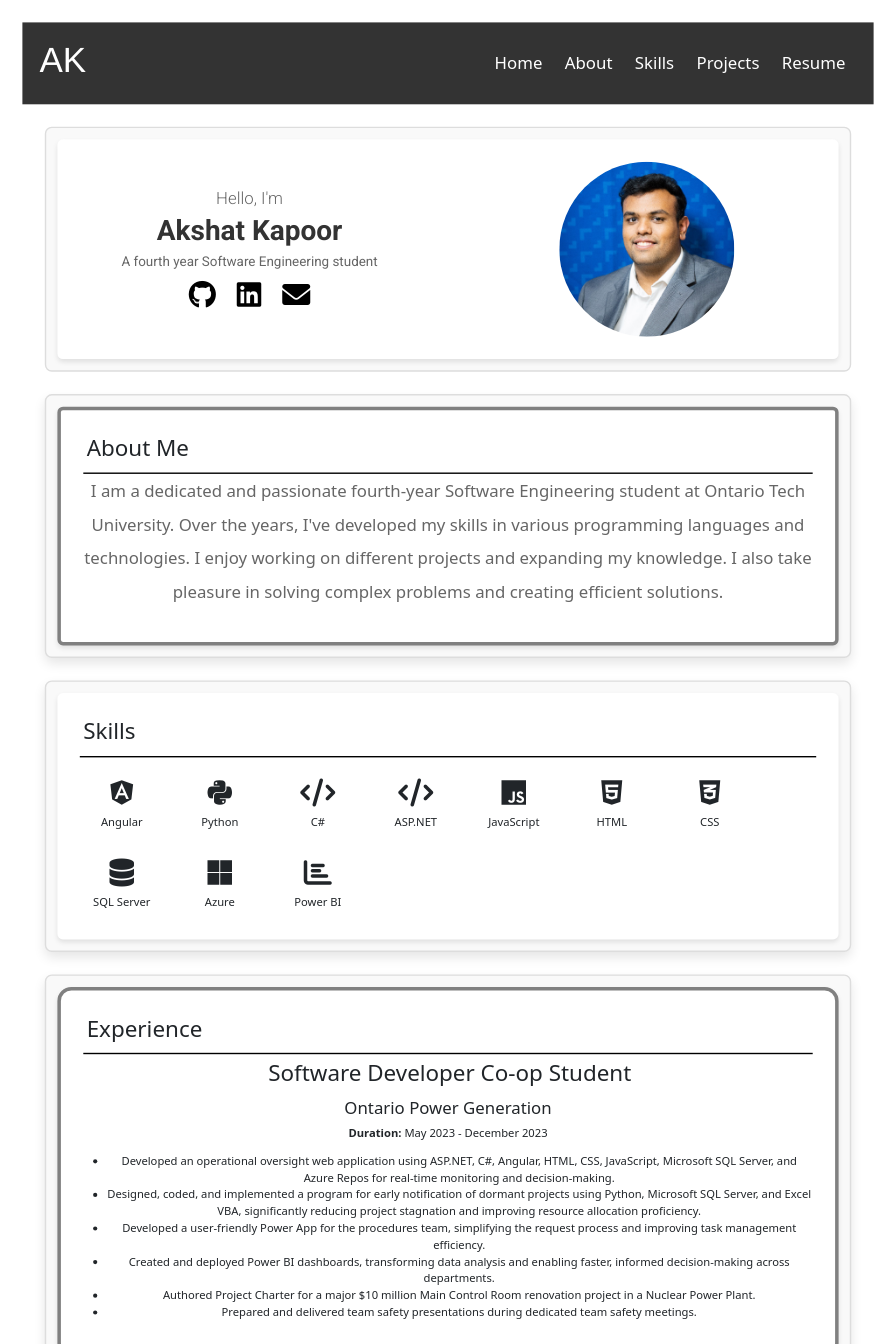
Repository: AkshatKapo/My-Portfolio
Page: /
The author's editor kept a copy of each file at every save. The page is drawn from the files as they stood at one save, then again after the next save.
The browser window is 1280 px wide. The pictures show the part of the page from y = 0 to 1920 px (the page is 3269 px tall before and 3443 px after), at 70% of full size.
The project was rebuilt for these pictures with package versions that can differ from the ones it lists, and the page was loaded fresh each time. Also part of the build but not shown: vite.config.js.

Above is the page before, as saved 2024-06-18 18:25:17.

### index.html
<!DOCTYPE html>
<html lang="en">
  <head>
    <meta charset="UTF-8" />
    <link rel="stylesheet" href="https://cdnjs.cloudflare.com/ajax/libs/font-awesome/6.0.0-beta3/css/all.min.css">
    <link rel="stylesheet" href="https://maxcdn.bootstrapcdn.com/bootstrap/4.5.2/css/bootstrap.min.css">

    <meta name="viewport" content="width=device-width, initial-scale=1.0" />
    <title>Vite + React</title>
  </head>
  <body>
    <div id="root"></div>
    <script type="module" src="/src/main.jsx"></script>
  </body>
</html>

### src/main.jsx
import React from 'react'
import ReactDOM from 'react-dom/client'
import App from './App'
import './index.css'
import 'bootstrap/dist/css/bootstrap.min.css';


ReactDOM.createRoot(document.getElementById('root')).render(
  <React.StrictMode>
    <App />
  </React.StrictMode>,
)

### src/index.css
body {
    font-family: 'Segoe UI', Tahoma, Geneva, Verdana, sans-serif;
    background-color:#ccddff;
    color:black;
    margin: 0;
    padding: 0;
  }


  #root {
    display: flex;
    flex-direction: column;
    min-height: 100vh;
  }

### src/App.css
#root {
  max-width: 1280px;
  margin: 0 auto;
  padding: 2rem;
  text-align: center;
}
.reveal {
  opacity: 0;
  transform: translateY(100px);
  transition: opacity 0.6s ease-out, transform 0.6s ease-out;
}

.reveal.active {
  opacity: 1;
  transform: translateY(0);
}

### src/components/Header.jsx
import React from 'react'
import './Header.css'

const Header = () => {
  return (
    <header>
      <h1 className='title'>AK</h1>
      <nav>
        <ul>
          <li><a href="#home">Home</a></li>
          <li><a href="#about">About</a></li>
          <li><a href="#skills">Skills</a></li>
          <li><a href="#projects">Projects</a></li>
          <li><a href="/Akshat_Kapoor_Resume.pdf">Resume</a></li>
        </ul>
      </nav>
    </header>
  )
}

export default Header

### src/components/Home.jsx
import React from "react";
import "./Home.css";

const Home = () => {
  return (
    <div className="reveal">
      <section id="home">
        <div className="home-content">
          <div className="text-content">
            <h3>Hello, I'm</h3>
            <h1>Akshat Kapoor</h1>
            <h4>A fourth year Software Engineering student</h4>
            <div className="social-icons">
              <a href="https://github.com/yourusername" target="_blank" rel="noopener noreferrer">
                <i className="fab fa-github"></i>
              </a>
              <a href="https://www.linkedin.com/in/yourusername" target="_blank" rel="noopener noreferrer">
                <i className="fab fa-linkedin"></i>
              </a>
              <a href="mailto:youremail@gmail.com" target="_blank" rel="noopener noreferrer">
                <i className="fas fa-envelope"></i>
              </a>
            </div>
          </div>
          <div id="line1"></div>
          <div className="image-content">
            <img
              src="/assets/images/1666144074188.jpeg"
              alt="Akshat Kapoor"
              className="profile-image"
            />
          </div>
        </div>
      </section>
    </div>
  );
};

export default Home;

### src/components/About.jsx
import React from 'react';
import './About.css';

function About() {
  return (
    <section id="about">
      <div id='about-content'>
       <h2>About Me</h2>
       <div className='seperator'>


       </div>
       <p>I am a dedicated and passionate fourth-year Software Engineering student at Ontario Tech University. Over the years, I've developed my skills in various programming languages and technologies. I enjoy working on different projects and expanding my knowledge. I also take pleasure in solving complex problems and creating efficient solutions. </p>
      </div>
    </section>
  );
}

export default About;

### src/components/Experience.jsx
import React from 'react'
import './Experience.css'

const Experience = () => {
  return (
    <div className="reveal">
      <section id="experience">
        <div id="experience-content">
          <h2>Experience</h2>
          <div className="divider1"></div>
          <div>
            <h3>Software Developer Co-op Student</h3>
            <h4>Ontario Power Generation</h4>
            <p>
              <strong>Duration:</strong> May 2023 - December 2023
            </p>
            <ul>
              <li>Developed an operational oversight web application using ASP.NET, C#, Angular, HTML, CSS, JavaScript, Microsoft SQL Server, and Azure Repos for real-time monitoring and decision-making.</li>
              <li>Designed, coded, and implemented a program for early notification of dormant projects using Python, Microsoft SQL Server, and Excel VBA, significantly reducing project stagnation and improving resource allocation proficiency.</li>
              <li>Developed a user-friendly Power App for the procedures team, simplifying the request process and improving task management efficiency.</li>
              <li>Created and deployed Power BI dashboards, transforming data analysis and enabling faster, informed decision-making across departments.</li>
              <li>Authored Project Charter for a major $10 million Main Control Room renovation project in a Nuclear Power Plant.</li>
              <li>Prepared and delivered team safety presentations during dedicated team safety meetings.</li>
            </ul>
          </div>
        </div>
      </section>
    </div>
  )
}

export default Experience

### src/components/Contact.jsx
import React from "react";
import "./Contact.css";

const Contact = () => {
  return (
    <footer id="footer">
      <div className="footer-content">
        <ul className="footer-icons">
          <li>
            <a
              href="https://github.com/yourusername"
              target="_blank"
              rel="noopener noreferrer"
            >
              <i className="fab fa-github"></i>
            </a>
          </li>
          <li>
            <a
              href="https://www.linkedin.com/in/yourusername"
              target="_blank"
              rel="noopener noreferrer"
            >
              <i className="fab fa-linkedin"></i>
            </a>
          </li>
          <li>
            <a
              href="mailto:youremail@gmail.com"
              target="_blank"
              rel="noopener noreferrer"
            >
              <i className="fas fa-envelope"></i>
            </a>
          </li>
        </ul>

      </div>
      <p className="footer-copy">© 2024 Akshat Kapoor</p>
    </footer>
  );
};

export default Contact;

### src/components/skill.jsx
import React from 'react'
import './skill.css'

const skills = [
    { name: "Angular", icon: "fab fa-angular" },
    { name: "Python", icon: "fab fa-python" },
    { name: "C#", icon: "fas fa-code" },
    { name: "ASP.NET", icon: "fas fa-code" },
    { name: "JavaScript", icon: "fab fa-js" },
    { name: "HTML", icon: "fab fa-html5" },
    { name: "CSS", icon: "fab fa-css3-alt" },
    { name: "SQL Server", icon: "fas fa-database" },
    { name: "Azure", icon: "fab fa-microsoft" },
    { name: "Power BI", icon: "fas fa-chart-bar" },
  ];

function skill() {
  return (
    <div className="reveal">
      <section id="skills">
        <div className="skills-content">
          <h2>Skills</h2>
          <div className="separator"></div>
          <div className="skills-list">
            {skills.map((skill) => (
              <div className="skill" key={skill.name}>
                <i className={skill.icon}></i>
                <p>{skill.name}</p>
              </div>
            ))}
          </div>
        </div>
      </section>
    </div>
  )
}

export default skill

### src/components/Header.css
header {
  background-color: #333;
  color: white;
  padding: 2%;
  display: flex;
  justify-content: space-between;
  align-items: center;

    /* text-align: center; */
  }
  .title {
    font-family: 'Helvetica', sans-serif;
    font-size: 50px;
    background:white;
    -webkit-background-clip: text;
    color: transparent;
  }


  nav ul {
    list-style-type: none;
    padding: 0;
    margin: 0;
    display: flex;
  }

  nav ul li {
    margin: 0 1rem;
  }

  nav ul li a {
    color: white;
    text-decoration: none;
    font-size: 150%;
  }

### src/components/Home.css
 @import url('https://fonts.googleapis.com/css2?family=Roboto:wght@300;400;700&display=swap');

#home {
  padding: 1rem;
  display: flex;
  justify-content: center;
  align-items: center;
  background-color: #f9f9f9;
  border: 2px solid #ddd; /* Light border */
  border-radius: 10px; /* Rounded corners */
  margin: 2rem; /* Margin to ensure it doesn’t touch the edges of the container */
}

.home-content {
  display: flex;
  align-items: center;
  width: 100%;
  max-width: 1200px; /* Adjust the max-width as needed */
  background: #fff; /* Background for the content */
  padding: 2rem; /* Padding around the content */
  box-shadow: 0 4px 8px rgba(0, 0, 0, 0.1); /* Shadow for styling */
  border-radius: 8px; /* Rounded corners */

}

#line1 {
  border-left: 2px solid black;
  height: auto; /* Set to auto to match the height of the content */
  margin: 0 2rem; /* Adjust as needed to create space around the line */
}
.text-content {
  flex: 1;
  padding-right: 1rem;
  font-family: 'Roboto', sans-serif;
}

.text-content h2 {
  font-size: 2.5rem; /* Adjust the font size as needed */
  font-weight: 900;
  color: #333;
  margin-bottom: 1rem;
}
.text-content h3 {
  font-size: 1.5rem; /* Adjust the font size as needed */
  font-weight: 300;
  color: #666;
  margin-bottom: 0.5rem;
}

.text-content h1 {
  font-size: 2.5rem; /* Adjust the font size as needed */
  font-weight: 700;
  color: #333;
  margin-bottom: 0.5rem;
}
.text-content h4 {
  font-size: 1.2rem; /* Adjust the font size as needed */
  font-weight: 400;
  color: #666;
  margin-bottom: 1rem;
}


.text-content p {
  font-size: 1rem; /* Adjust the font size as needed */
  line-height: 1.6; /* Adjust the line height as needed */
  color: #666;
  font-weight: 300;
}

.image-content {
  flex: 1;
  display: flex;
  justify-content: center;
}

.profile-image {
  width: 250px;
  height: 250px;
  border-radius: 50%;
  object-fit: cover;
}

.social-icons {
  display: flex;
  gap: 30px; /* Adjust the spacing between icons */
  justify-content: center;
}

.social-icons a {
  color: #000; /* Change the color if needed */
  text-decoration: none;
}

.social-icons .icon {
  width: 40px; /* Adjust the size of the icons */
  height: 40px; /* Adjust the size of the icons */
}

.social-icons i {
  font-size: 40px; /* Adjust the size of the font-awesome icons */
}

/* Add hover effect if desired */
.social-icons a:hover {
  opacity: 0.7; /* Example hover effect */
}

### src/components/About.css
#about {
  padding: 1rem;
  display: flex;
  background-color: #f9f9f9;
  border: 2px solid #ddd; /* Light border */
  border-radius: 10px; /* Rounded corners */
  box-shadow: 0 8px 16px rgba(0, 0, 0, 0.1); /* Shadow for depth */
  margin: 2rem; /* Margin to ensure it doesn’t touch the edges of the container */



}
#about-content {
  display: table-column;
  justify-content: space-between;
  width: 100%;
  max-width: 1200px; /* Adjust the max-width as needed */
  background: #fff; /* Background for the content */
  padding: 2rem; /* Padding around the content */
  box-shadow: 0 4px 8px rgba(0, 0, 0, 0.1); /* Shadow for styling */
  border-radius: 8px; /* Rounded corners */
}


#about h2 {
  font-size: 2rem;
  text-align: left; /* This will align the heading to the left */
  margin-bottom: 1rem; /* Adding some space between the heading and the paragraph */
  margin-top: 0.2rem;
  margin-left: 0.3rem;


}
.seperator {
  border-top: 2px solid black;
  width: 100%; /* Adjust as needed */
  margin: 20px 3; /* Adjust as needed */
}

#about p {
  font-size: 1.5rem; /* Adjust the font size as needed */
  line-height: 2; /* Adjust the line height as needed */
  color: #666;
  font-weight: 300;
  }
#about {
  padding: 1rem;
  display: flex;
  background-color: #f9f9f9;
  border: 2px solid #ddd; /* Light border */
  border-radius: 10px; /* Rounded corners */
  box-shadow: 0 8px 16px rgba(0, 0, 0, 0.1); /* Shadow for depth */
  margin: 2rem; /* Margin to ensure it doesn’t touch the edges of the container */



}
#about-content {
  display: table-column;
  justify-content: space-between;
  width: 100%;
  max-width: 1200px; /* Adjust the max-width as needed */
  background: #fff; /* Background for the content */
  padding: 2rem; /* Padding around the content */
  box-shadow: 0 4px 8px rgba(0, 0, 0, 0.1); /* Shadow for styling */
  border-radius: 8px; /* Rounded corners */
  border: 5px solid grey

}


#about h2 {
  font-size: 2rem;
  text-align: left; /* This will align the heading to the left */
  margin-bottom: 1rem; /* Adding some space between the heading and the paragraph */
  margin-top: 0.2rem;
  margin-left: 0.3rem;


}
.seperator {
  border-top: 2px solid black;
  width: 100%; /* Adjust as needed */
  margin: 20px 3; /* Adjust as needed */
}

#about p {
  font-size: 1.5rem; /* Adjust the font size as needed */
  line-height: 2; /* Adjust the line height as needed */
  color: #666;
  font-weight: 300;
  }

### src/components/Experience.css
#experience {
  padding: 1rem;
  display: flex;
  background-color: #f9f9f9;
  border: 2px solid #ddd; /* Light border */
  border-radius: 10px; /* Rounded corners */
  box-shadow: 0 8px 16px rgba(0, 0, 0, 0.1); /* Shadow for depth */
  margin: 2rem; /* Margin to ensure it doesn’t touch the edges of the container */
  }
  #experience-content{
    display: table-column;
    justify-content: space-between;
    width: 100%;
    max-width: 1200px; /* Adjust the max-width as needed */
    background: #fff; /* Background for the content */
    padding: 2rem; /* Padding around the content */
    box-shadow: 0 4px 8px rgba(0, 0, 0, 0.1); /* Shadow for styling */
    border-radius: 20px; /* Rounded corners */
    border: 5px solid grey;
  }
  #experience h2 {
    font-size: 2rem;
    text-align: left; /* This will align the heading to the left */
    margin-bottom: 1rem; /* Adding some space between the heading and the paragraph */
    margin-top: 0.2rem;
    margin-left: 0.3rem;

  }
  .divider1 {
    border-top: 2px solid black;
    width: 100%; /* Adjust as needed */
    margin: 20px 3; /* Adjust as needed */
  }
  #experience h3 {
    font-size: 2rem;
    text-align: center;
    margin-bottom: 1rem; /* Adding some space between the heading and the paragraph */
    margin-top: 0.5rem;
    margin-left: 0.3rem;

  }
  .experience-content ul {
    list-style-type: disc; /* or another type of bullet, like circle or square */
    margin-left: 20px;
  }

  .experience-content li {
    margin-bottom: 10px;
  }

### src/components/Contact.css
#footer {
  background-color: #333;
  padding: 1rem 0;
  text-align: center;
  color: white;
}

.footer-content {
  display: flex;
  justify-content: center;
  align-items: center;
  margin-bottom: 1rem;
}

.footer-icons {
  list-style: none;
  padding: 0;
  margin: 0;
  text-align: center;
}

.footer-icons li {
  display: inline-block;
  margin: 0 20px; /* Increased margin for more gap between icons */
}

.footer-icons li a {
  color: grey; /* Change color as needed */
  font-size: 40px; /* Adjust size as needed */
  text-decoration: none;
}

.footer-icons li a:hover {
  color: #007bff; /* Change color on hover as needed */
}
.footer-copy {
  margin-top: 1rem;
  font-size: 16px;
  color: #aaa;
}

### src/components/skill.css
#skills {
  padding: 1rem;
  display: flex;
  background-color: #f9f9f9;
  border: 2px solid #ddd; /* Light border */
  border-radius: 10px; /* Rounded corners */
  box-shadow: 0 8px 16px rgba(0, 0, 0, 0.1); /* Shadow for depth */
  margin: 2rem; /* Margin to ensure it doesn’t touch the edges of the container */
}

.skills-content {
  display: table-column;
  justify-content: space-between;
  width: 100%;
  max-width: 1200px; /* Adjust the max-width as needed */
  background: #fff; /* Background for the content */
  padding: 2rem; /* Padding around the content */
  box-shadow: 0 4px 8px rgba(0, 0, 0, 0.1); /* Shadow for styling */
  border-radius: 8px; /* Rounded corners */
}

.skills-list {
  display: flex;
  flex-wrap: wrap;
  gap: 20px;
}

#skills h2 {
  font-size: 2rem;
  text-align: left; /* This will align the heading to the left */
  margin-bottom: 1rem; /* Adding some space between the heading and the paragraph */
  margin-top: 0.2rem;
  margin-left: 0.3rem;
}

.skill {
  display: flex;
  flex-direction: column;
  align-items: center;
  width: 100px;
  margin: 10px;
}

.skill i {
  font-size: 40px;
  margin-bottom: 10px;
}

.skill p {
  font-size: 16px;
  margin: 0;
}

.separator {
  height: 2px;
  width: 100%; /* Set to 100% to fill the parent container */
  background-color: #000;
  margin: 10px auto 20px;
}

Loaded but not shown: src/components/projects.css (103 lines, source omitted); src/components/projects.jsx (77 lines, source omitted); src/App.jsx (62 lines, source omitted)

After the next save:
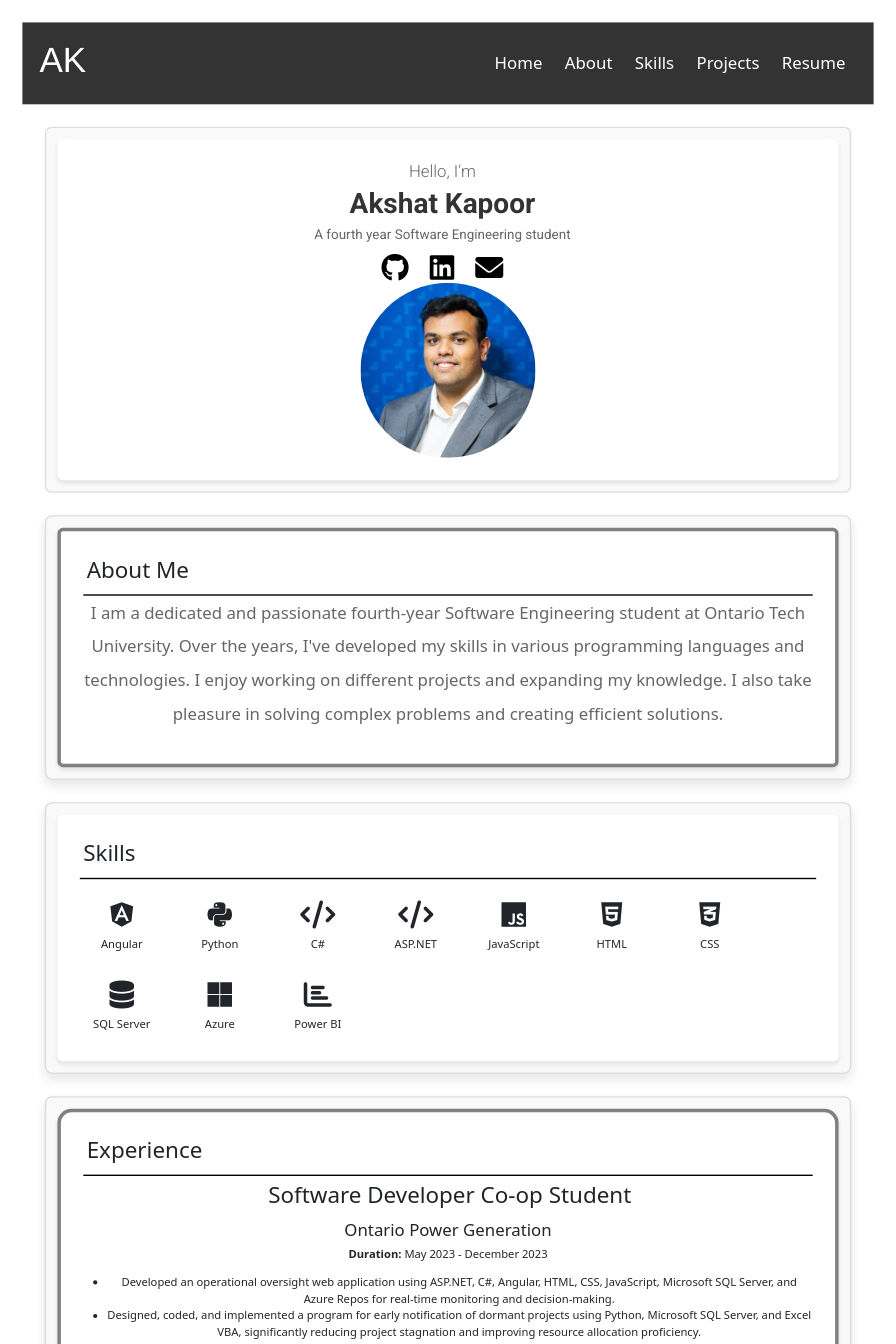
Saved 3 min 14 s later.
--- a/src/components/Home.css
+++ b/src/components/Home.css
@@ -12,7 +12,7 @@
 }
 
 .home-content {
-  display: flex;
+  display: ;
   align-items: center;
   width: 100%;
   max-width: 1200px; /* Adjust the max-width as needed */

After the 5 saves that followed:
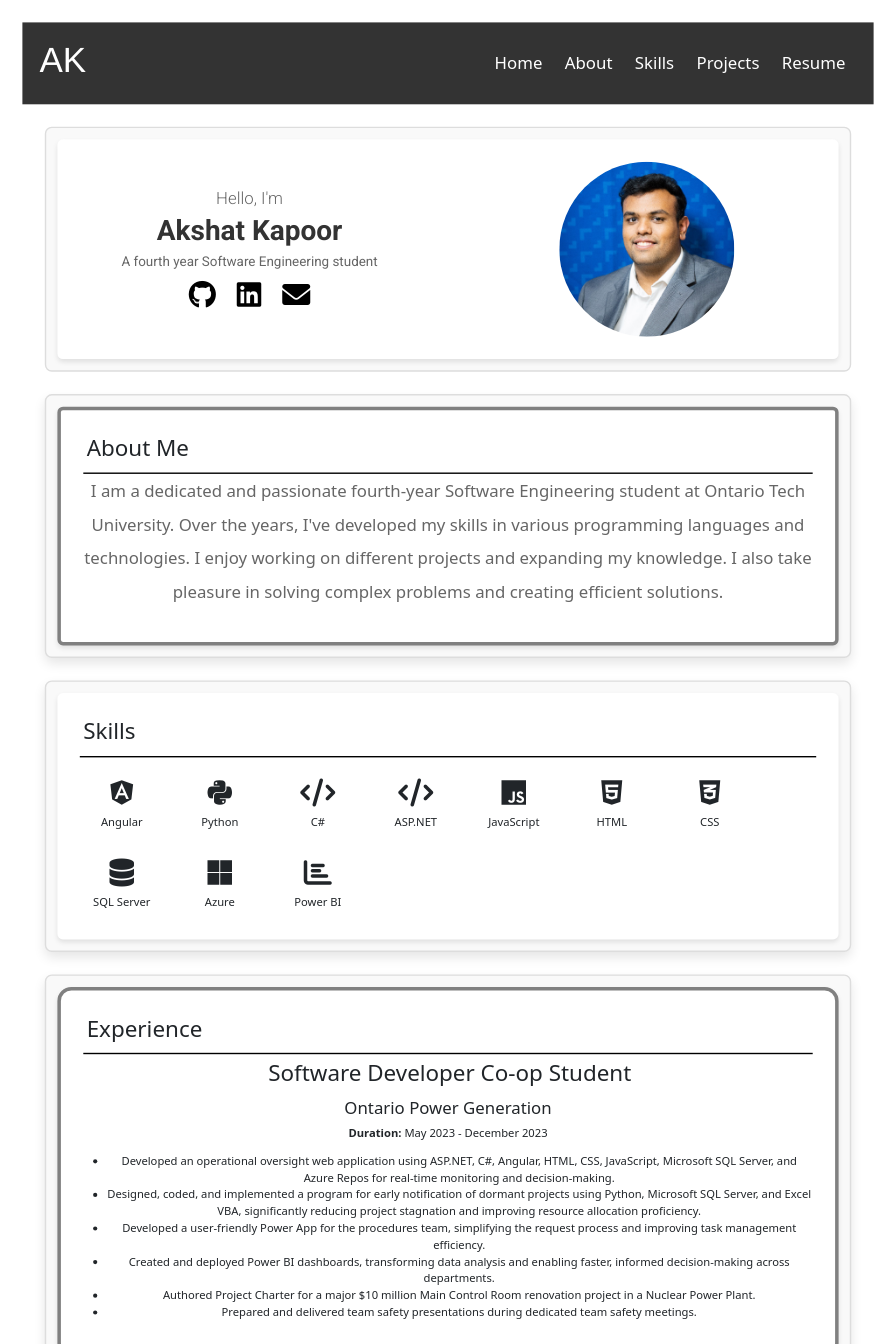
The 5 saves are shown as one change because 2 left the picture as it was and some came seconds apart.
The last was saved 27 s later.
--- a/src/components/Home.css
+++ b/src/components/Home.css
@@ -12,7 +12,7 @@
 }
 
 .home-content {
-  display: ;
+  display: flex;
   align-items: center;
   width: 100%;
   max-width: 1200px; /* Adjust the max-width as needed */
